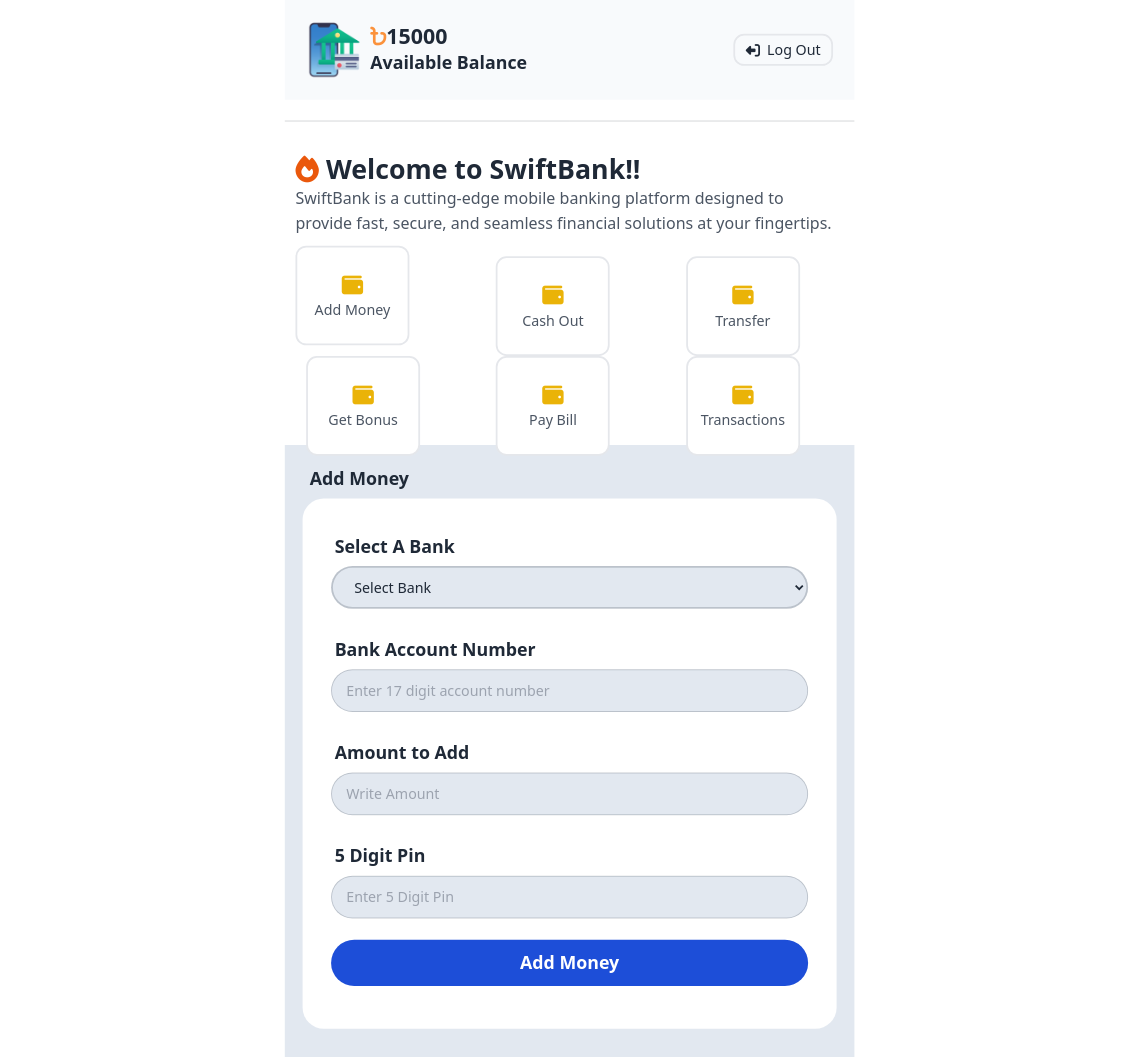
Repository: mukaddam-coder/swift-bank-mobile-banking
Page: home.html
These files come from the project's save history. The page is drawn as it stood at one moment and after the next save; the edit follows.
The browser window is 1280 px wide. The pictures show the whole page, at 89% of full size.
Some web libraries are served in a nearby version.

Above is the page before, as saved 2024-12-16 19:08:09.

After the next save:
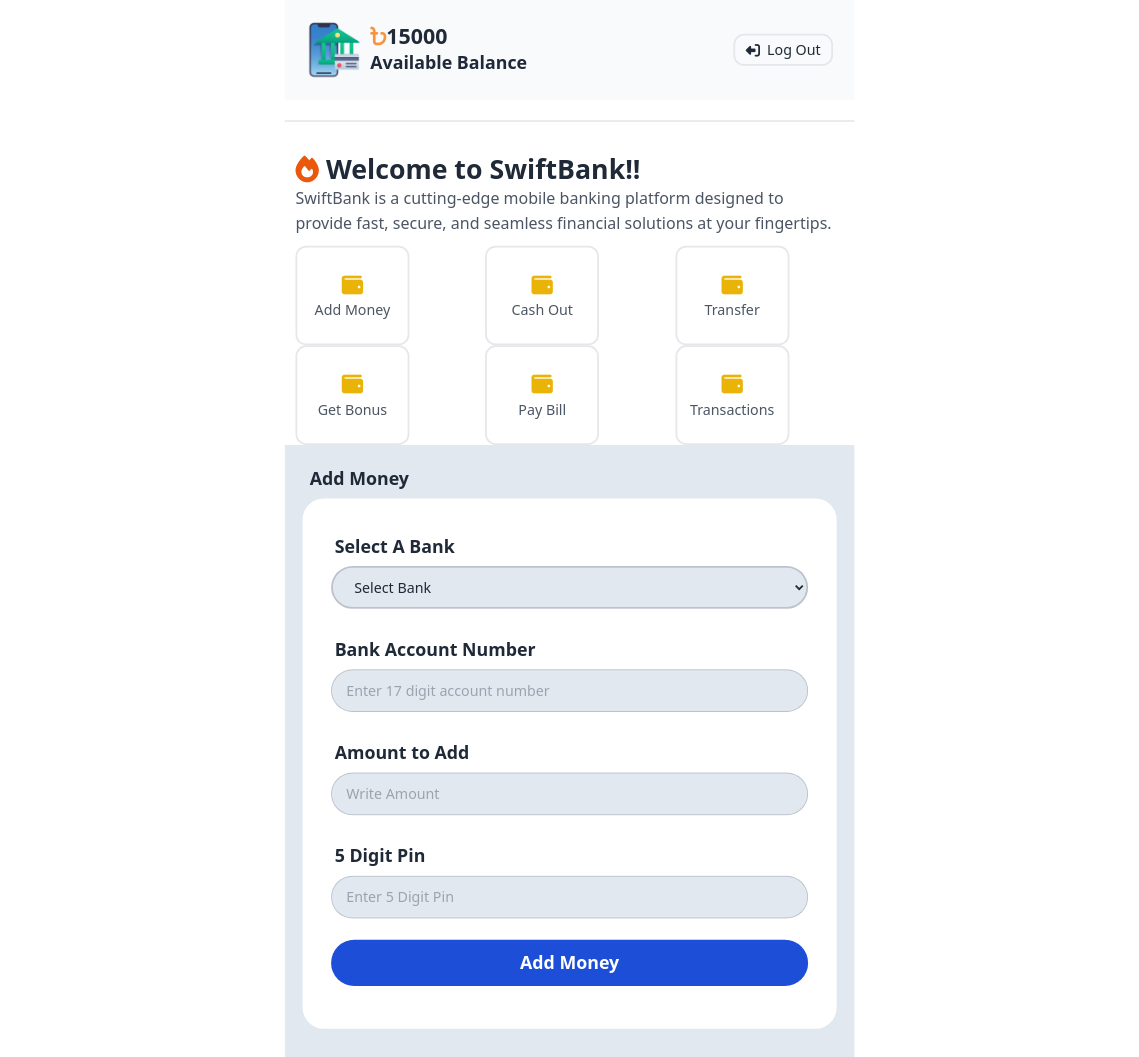
Saved 42 s later.
--- a/home.html
+++ b/home.html
@@ -54,31 +54,31 @@
             Add Money
            </button>
         </div>
-          <div class="w-32 h-28 ml-3 p-3">
+          <div class="w-32 h-28 ml-3">
              <button id="show-cash-out-section" class="border-2 w-32 h-28 rounded-xl bg-white text-gray-600">
               <p><i class="fa-solid fa-wallet text-yellow-500 text-2xl"></i></p>
                 Cash Out
               </button>
             </div>
-          <div class="w-32 h-28 ml-3 p-3">
+          <div class="w-32 h-28 ml-3">
           <button id="show-money-transfer-section" class="border-2 w-32 h-28 rounded-xl bg-white text-gray-600">
               <p><i class="fa-solid fa-wallet text-2xl text-yellow-500"></i></p>
                 Transfer
               </button>
             </div>
-          <div class="w-32 h-28 ml-3 p-3">
+          <div class="w-32 h-28 ml-3">
         <button id="show-get-bonus-section" class="border-2 w-32 h-28 rounded-xl bg-white text-gray-600">
             <p><i class="fa-solid fa-wallet text-2xl text-yellow-500"></i></p>
                 Get Bonus
             </button>
           </div>
-        <div class="w-32 h-28 ml-3 p-3">
+        <div class="w-32 h-28 ml-3">
           <button id="show-pay-bill-section" class="border-2 w-32 h-28 rounded-xl bg-white text-gray-600">
               <p><i class="fa-solid fa-wallet text-2xl text-yellow-500"></i></p>
                       Pay Bill
             </button>
           </div>
-        <div class="w-32 h-28 ml-3 p-3">
+        <div class="w-32 h-28 ml-3">
           <button id="show-transaction-history" class="border-2 w-32 h-28 rounded-xl bg-white text-gray-600">
               <p><i class="fa-solid fa-wallet text-2xl text-yellow-500"></i></p>
                       Transactions
